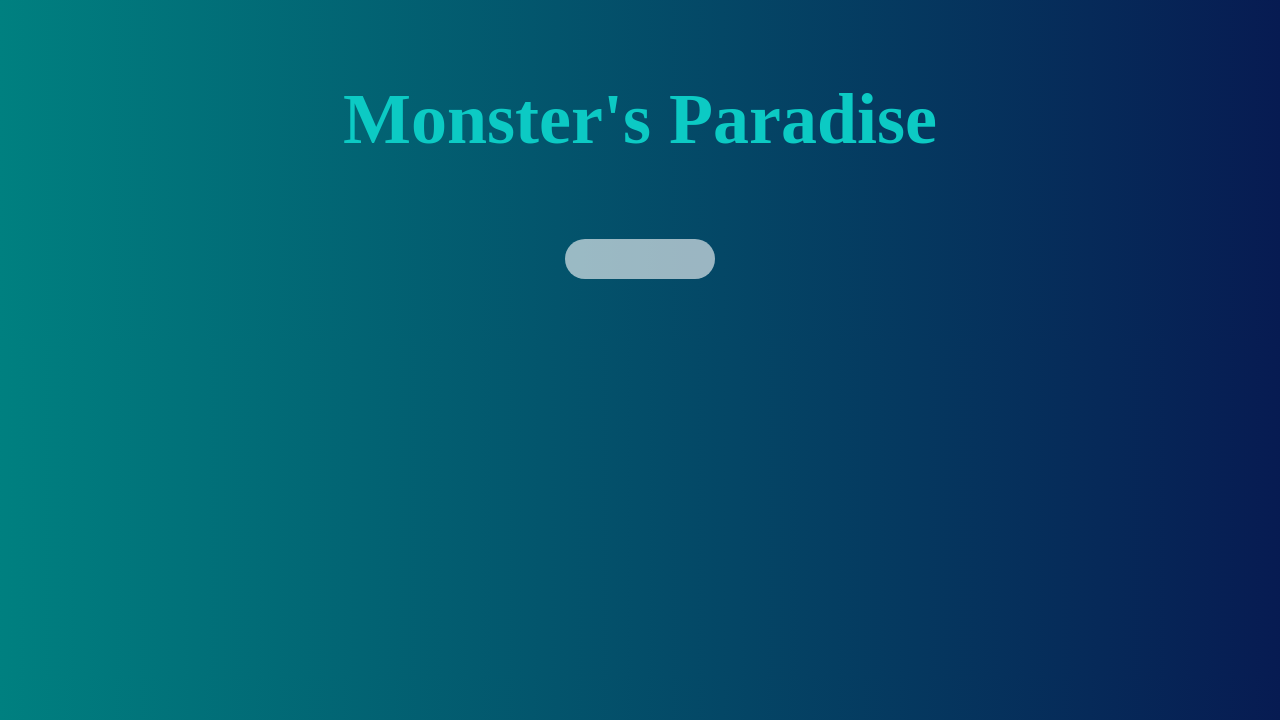
Repository: Petrit-Halabaku/react-project
Page: /
An editor plug-in stored every save of this project. The page is shown before and after the next save, followed by the edit.
The browser window is 1280 px wide. The pictures show the whole page.
The page's requests for data from a server got no answer. Some web fonts or font styles are not loaded; a fallback is used. The project was rebuilt for these pictures with package versions that can differ from the ones it lists, and the page was loaded fresh each time. No one was signed in, and anything a server would have sent is missing. Also part of the build but not shown: src/components/card/card.css, src/components/card/Card.js.

Above is the page before, as saved 2020-01-13 22:11:21.

After the next save:
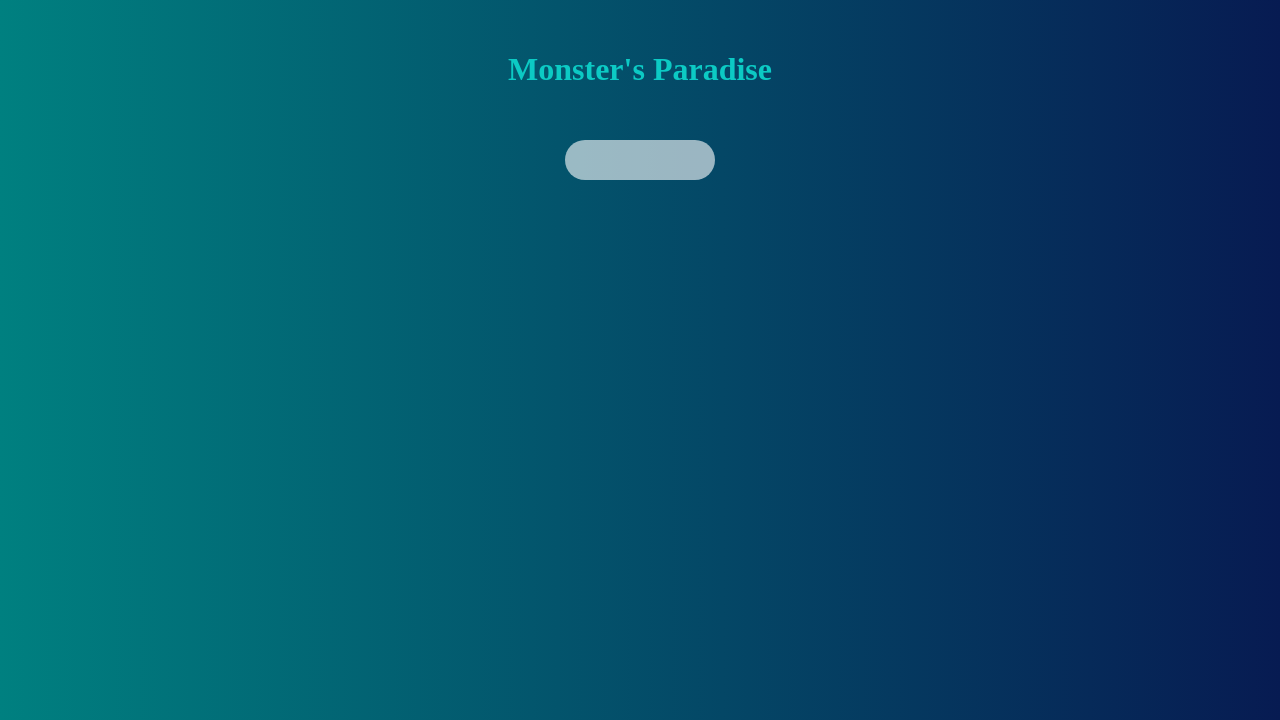
Saved 22 s later.
--- a/src/App.css
+++ b/src/App.css
@@ -1,7 +1,7 @@
 
 h1 {
   font-family: 'Mountains of Christmas', cursive;
-  font-size: 72px;
+  /* font-size: 72px; */
   color: #0ccac4;
 }
 .App {
